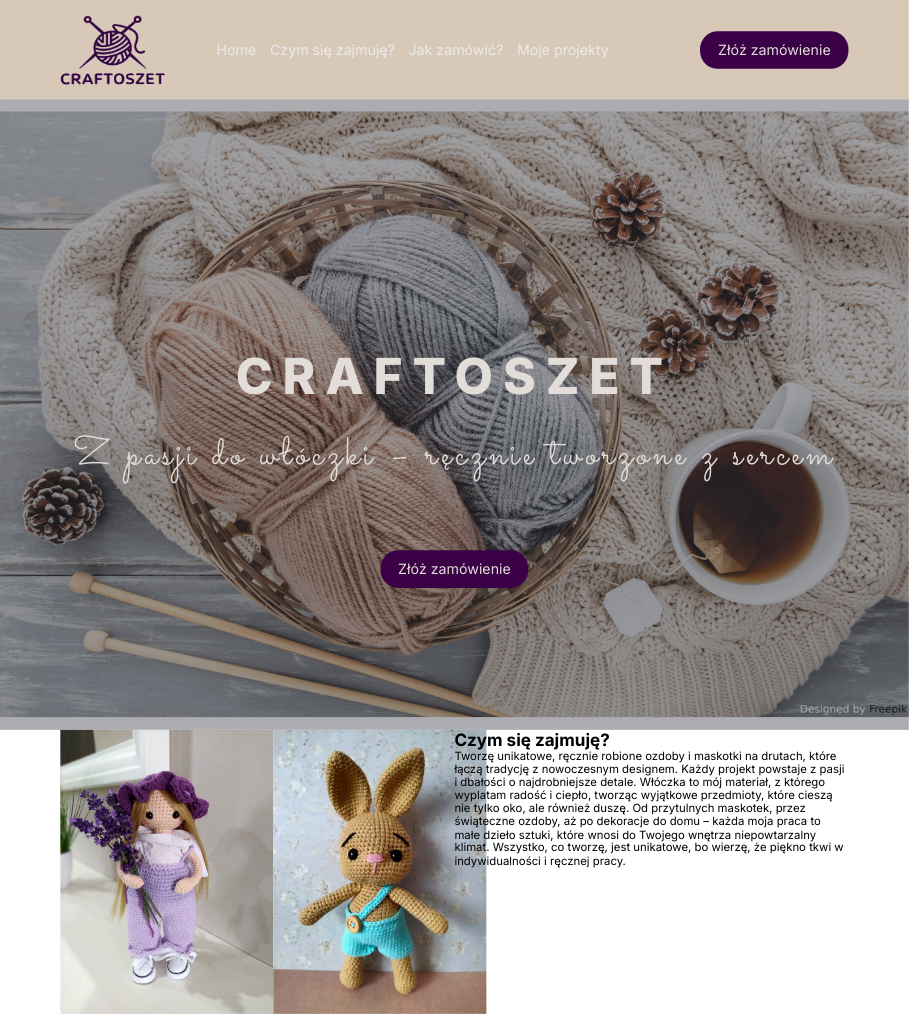
Repository: KlaudiaK0205/Craftoszet
Page: index.html
These files come from the project's save history. The page is drawn as it stood at one moment and after the next save; the edit follows.
The browser window is 1280 px wide. The pictures show the whole page, at 71% of full size.
Some web libraries are served in a nearby version. The style sheet was rebuilt from its Sass, Less or Tailwind sources for each picture, by a compiler version that may differ from the author's.

Above is the page before, as saved 2024-10-06 12:41:17.

### index.html
<!DOCTYPE html>
<html lang="en">
<head>
    <meta charset="UTF-8">
    <meta name="viewport" content="width=device-width, initial-scale=1.0">
    <title>Craftoszet</title>
    <!-- FAVICON -->
    <link rel="icon" href="./images/favicon.ico" type="image/x-icon">
    <link rel="icon" siezes="16x16" href="./images/favicon-16x16.png" type="image/png">
    <link rel="icon" siezes="32x32" href="./images/favicon-32x32.png" type="image/png">
    <!-- GOOGLE FONTS -->
    <link rel="preconnect" href="https://fonts.googleapis.com">
    <link rel="preconnect" href="https://fonts.gstatic.com" crossorigin>
    <link href="https://fonts.googleapis.com/css2?family=Inter:ital,opsz,wght@0,14..32,100..900;1,14..32,100..900&family=Sacramento&display=swap" rel="stylesheet">
    <!-- MODERN NORMALIZE -->
    <link rel="stylesheet" href="https://cdn.jsdelivr.net/npm/modern-normalize@3.0.1/modern-normalize.min.css">
    <!-- ANIMATE-->
    <link rel="stylesheet" href="https://cdnjs.cloudflare.com/ajax/libs/animate.css/4.1.1/animate.min.css"/>
    <!-- STYLES -->
    <link rel="stylesheet" href="./sass/main.css">
</head>
<body>
    <header>
        <div class="container">
            <div class="logo-box">
                <img class="logo-image" src="./images/logo.png" alt="a ball of wool">
            </div>
            <nav class="nav">
                <ul class="nav__list">
                    <li class="nav__list__item">
                        <a href="" class="nav__list__link">Home</a>
                    </li>
                    <li class="nav__list__item">
                        <a href="" class="nav__list__link">Czym się zajmuję?</a>
                    </li>
                    <li class="nav__list__item">
                        <a href="" class="nav__list__link">Jak zamówić?</a>
                    </li>
                    <li class="nav__list__item">
                        <a href="" class="nav__list__link">Moje projekty</a>
                    </li>
                </ul>
            </nav>

            <button class="orderBtn" type="button">Złóż zamówienie</button>
        </div>
    </header>

    <main>
        <section class="hero">
            <div class="container">
                <h1 class="hero__header">CRAFTOSZET</h1>
                <p class="hero__undertitle">Z pasji do włóczki – ręcznie tworzone z sercem</p>
                <button class="orderBtn" type="button">Złóż zamówienie</button>
            </div>
        </section>

        <section class="whatIDo">
            <div class="container">
                <div class="whatIDo-images">
                    <img class="whatIDo-image" src="./images/projekty/fioletowa lalka.jpg" alt="fioletowa lalka z włóczki">
                    <img class="whatIDo-image" src="./images/projekty/króliczek.jpg" alt="króliczek w niebieskich spodenkach z włóczki">
                </div>
                <div class="whatIDo-description">
                    <h2 class="section-header">Czym się zajmuję?</h2>
                    <p class="section-text">Tworzę unikatowe, ręcznie robione ozdoby i maskotki na drutach, które łączą tradycję z nowoczesnym designem. Każdy projekt powstaje z pasji i dbałości o najdrobniejsze detale. Włóczka to mój materiał, z którego wyplatam radość i ciepło, tworząc wyjątkowe przedmioty, które cieszą nie tylko oko, ale również duszę. Od przytulnych maskotek, przez świąteczne ozdoby, aż po dekoracje do domu – każda moja praca to małe dzieło sztuki, które wnosi do Twojego wnętrza niepowtarzalny klimat. Wszystko, co tworzę, jest unikatowe, bo wierzę, że piękno tkwi w indywidualności i ręcznej pracy.</p>
                </div>
            </div>
        </section>
    </main>
    <footer></footer>
</body>
</html>

### sass/main.scss
@import './base/common';
@import './base/container';

@import './components/animations';
@import './components/logo';
@import './components/orderBtn';

@import './layout/header';
@import './layout/hero';
@import './layout/whatIDo';

@import './utils/variables';

### sass/base/_common.scss
body {
    font-family: var(--main-font);
    // font-weight: 500;
    margin: 0;
    padding: 0;
}

h1,
h2,
h3,
h4,
h5,
h6 {
    margin: 0;
    padding: 0;
}

ul,
ol,
li {
    margin: 0;
    padding: 0;
    list-style: none;
}

a {
    text-decoration: none;
}

p {
    margin: 0;
    padding: 0;
}

img {
    display: block;
    max-width: 100%;
    height: auto;
}

button {
    cursor: pointer;
}

.list {
    list-style: none;
}

.link {
    text-decoration: none;
}

### sass/base/_container.scss
.container {
    width: 100%;
    max-width: 1200px; /* Maksymalna szerokość dla dużych ekranów */
    margin: 0 auto;
    padding: 0 15px;
}

/* Urządzenia mobilne (do 576px szerokości) */
@media (max-width: 576px) {
    .container {
        max-width: 100%; /* Na małych ekranach szerokość 100% */
        padding: 0 10px;  /* Mniejszy padding na telefonach */
    }
}

/* Tablety (do 768px szerokości) */
@media (max-width: 768px) {
    .container {
        max-width: 720px; /* Dostosowanie dla tabletów */
    }
}

/* Średnie ekrany (do 992px szerokości) */
@media (max-width: 992px) {
    .container {
        max-width: 960px; /* Dostosowanie dla większych tabletów i mniejszych laptopów */
    }
}

/* Duże ekrany (od 1200px szerokości) */
@media (min-width: 1200px) {
    .container {
        max-width: 1140px; /* Ustawienia dla monitorów */
    }
}

### sass/components/_logo.scss
.logo-image {
    width: 150px;
    height: 100px;
    animation: wobble-hor-bottom 10s infinite both;
}

//animations
@keyframes wobble-hor-bottom {
    0%,
    100% {
        transform: translateX(0%);
        transform-origin: 50% 50%;
    }
    15% {
        transform: translateX(-30px) rotate(-6deg);
    }
    30% {
        transform: translateX(15px) rotate(6deg);
    }
    45% {
        transform: translateX(-15px) rotate(-3.6deg);
    }
    60% {
        transform: translateX(9px) rotate(2.4deg);
    }
    75% {
        transform: translateX(-6px) rotate(-1.2deg);
    }
}

### sass/components/_orderBtn.scss
.orderBtn {
    font-size: 20px;
    color: var(--mainColor);
    background-color: var(--brandColor);
    border: none;
    border-radius: 25px;
    margin-left: auto;
    padding: 15px 25px;

    &:hover,
    :focus {
        animation: scale-up-center 0.5s cubic-bezier(0.390, 0.575, 0.565, 1.000) both;
    }
}

//animations
@keyframes scale-up-center {
    0% {
        transform: scale(1);
    }
    100% {
        transform: scale(1.2);
    }
}

### sass/layout/_header.scss
header {
    background-color: var(--bgColor);
    padding: 20px 0;
}

header .container {
    display: flex;
    align-items: center;
}

.logo-box {
    margin-right: 70px;
}

.nav__list {
    display: flex;
}

.nav__list__item {
    font-size: 20px;

    &:not(:last-child) {
        margin-right: 1.5vw;
    }
}

.nav__list__link {
    color: #ECEBEB;
    transition: cubic-bezier(0.4, 0, 0.2, 1) 500ms;

    &:hover,
    :focus {
        color: var(--brandColor);
    }
}

header .orderBtn {
    margin-left: auto;
}

### sass/layout/_hero.scss
.hero {
    background-image: linear-gradient(
        rgba(47, 48, 58, 0.4),
        rgba(47, 48, 58, 0.4)),
        url(/images/bg.jpg);
    background-repeat: no-repeat;
    background-size: contain;
    background-position: center;
    min-height: 80vh;
    text-align: center;
    padding: 350px 0 200px;
}

.hero .container {
}

.hero__header {
    font-size: 70px;
    font-weight: 800;
    padding-bottom: 40px;
    color: var(--mainColor);
    letter-spacing: 0.2em;
}

.hero__undertitle {
    font-family: var(--decorative-font);
    font-size: 56px;
    font-weight: 500;
    color: var(--mainColor);
    letter-spacing: 0.1em;
    padding-bottom: 100px;
}

.hero .orderBtn {
    display: flex;
    margin-left: auto;
    margin-right: auto;
}

### sass/layout/_whatIDo.scss
.whatIDo {
}

.whatIDo .container {
    display: grid;
  grid-template-columns: 1fr 1fr;
  grid-template-rows: 1fr;
  gap: 0px 0px;
  grid-template-areas:
    "images whatIDo";
}
.whatIDo-images {
    display: flex;
}

.whatIDo-image {
    width: 300px;
}

.whatIDo-description {
}

.section-header {
}

.section-text {
}

### sass/utils/_variables.scss
:root {
    --main-font: 'Inter' , sans-serif;
    --decorative-font: 'Sacramento', sans-serif;
    --mainColor: #E2DDD9;
    --circleColor: #FFA5BA;
    --brandColor: #3B0146;
    --bgColor: #D8C8B8;
    --hoverBuyBtn: #ECEBEB;
}

// A8a39d
//f8f1e9
//#8D7966

Loaded but not shown: sass/components/_animations.scss (no stored copy; drawn as an empty file)

After the next save:
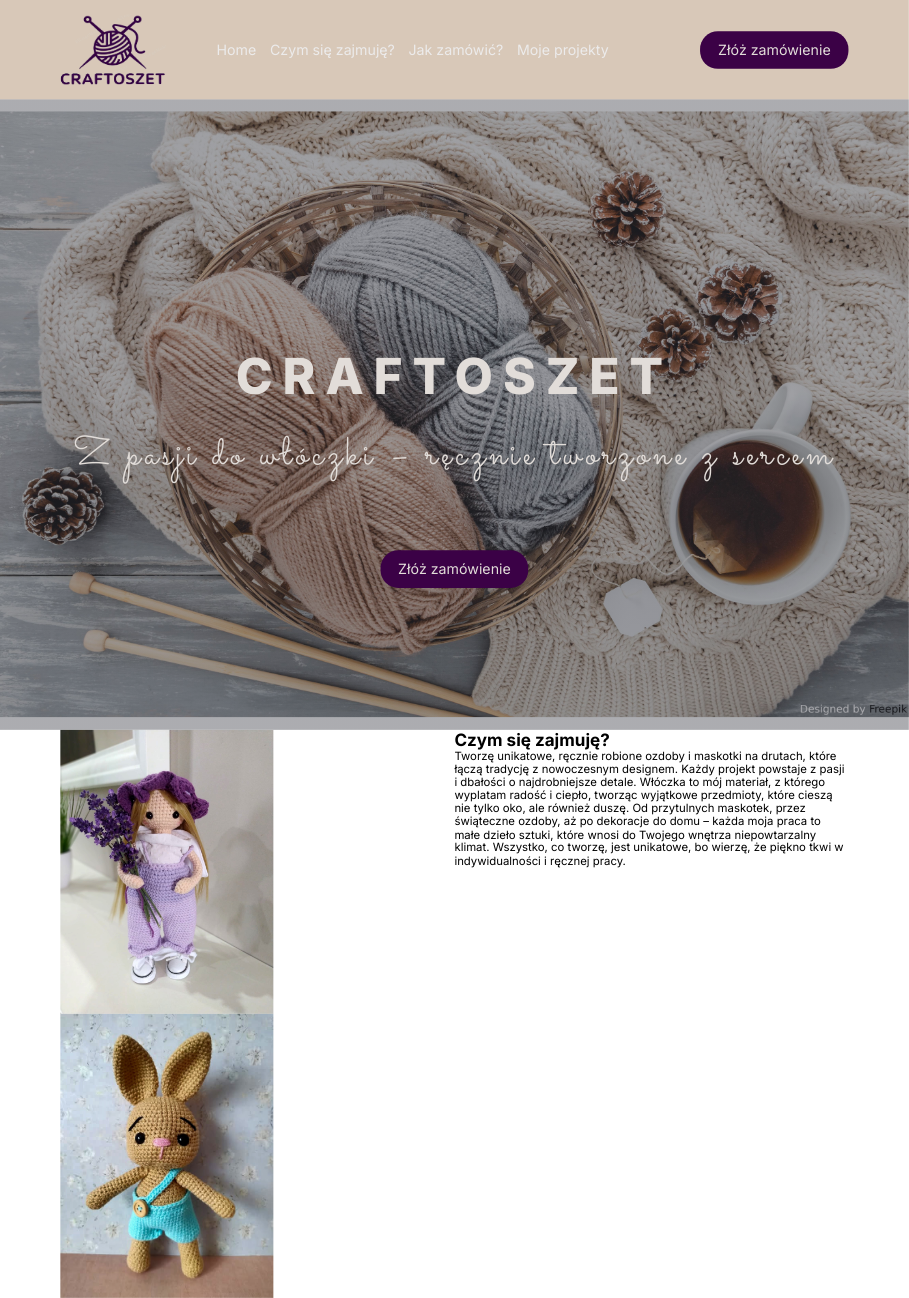
Saved 25 s later.
--- a/sass/layout/_whatIDo.scss
+++ b/sass/layout/_whatIDo.scss
@@ -10,7 +10,7 @@
     "images whatIDo";
 }
 .whatIDo-images {
-    display: flex;
+    grid-area: images;
 }
 
 .whatIDo-image {
